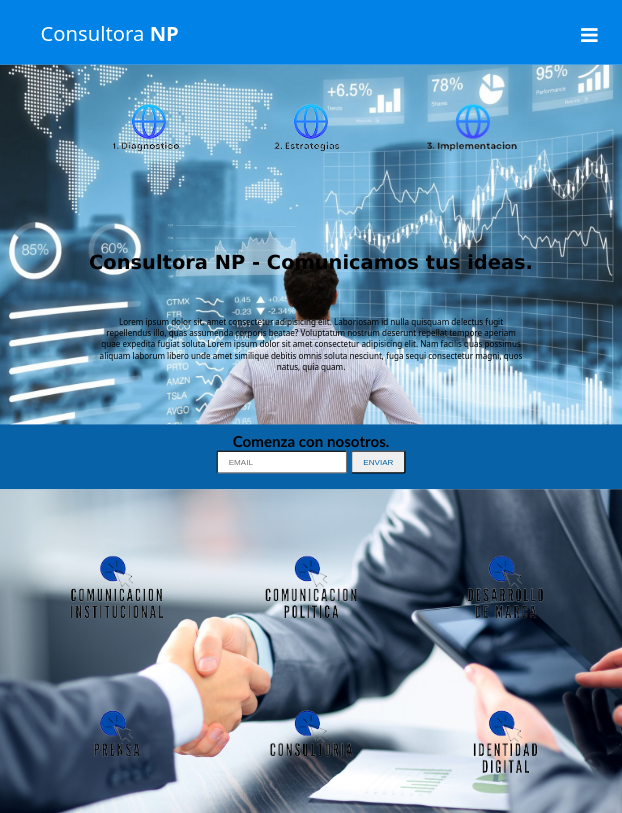
Repository: Batu120/pre-entrega2
Page: index.html
The author's editor kept a copy of each file at every save. The page is drawn from the files as they stood at one save, then again after the next save.
The browser window is 768 px wide. The pictures show the whole page, at 81% of full size.

Above is the page before, as saved 2022-11-02 14:17:57.

### index.html
<!DOCTYPE html>
<html lang="en" dir="ltr">
<head>
    <meta charset="UTF-8">
    <meta http-equiv="X-UA-Compatible" content="IE=edge">
    <meta name="viewport" content="width=device-width, initial-scale=1.0">
    <title>2da Pre Entrega</title>
    <link rel="stylesheet" href="https://cdnjs.cloudflare.com/ajax/libs/font-awesome/4.7.0/css/font-awesome.min.css">
    <!-- CSS -->
    <link rel="stylesheet" href="CSS/style.css">

</head>
<body>
    <nav>
        <input type="checkbox" id="check">
        <label for="check" class="checkbtn">
            <i style="font-size:24px" class="fa">&#xf0c9;</i>
        </label>
        <label class="logo">Consultora <label class="logo1">NP</label></label>
            <!-- Lista no ordenada -->
            <ul>
                <!-- Items / Menu -->
                <li><a class="active" href="index.html">Inicio</a></li>
                <li><a href="HTML/SobreNosotros.html">Sobre Nosotros</a></li>
                <li><a href="HTML/Servicios.html">Servicios</a></li>
                <li><a href="HTML/Blog.html">Blog</a></li>
                <li><a href="HTML/Contacto.html">Contacto</a></li>
            </ul>
    </nav>

    <section>
        <div class="grid-container">
            <img src="/IMG/1.Diagnostico.png" alt="diagnostico">
            <img src="/IMG/2.Estrategia.png" alt="estrategia">
            <img src="/IMG/3.Implementacion.png" alt="implementacion">
        </div>
        <div class="container-div">
            <!-- titulo h1 -->
            <h1>Consultora NP - Comunicamos tus ideas.</h1>
            <br>
            <!-- Parrafo -->
            <p>Lorem ipsum dolor sit, amet consectetur adipisicing elit. Laboriosam id nulla quisquam delectus fugit repellendus illo, quas assumenda corporis beatae? Voluptatum nostrum deserunt repellat tempore aperiam quae expedita fugiat soluta Lorem ipsum dolor sit amet consectetur adipisicing elit. Nam facilis quas possimus aliquam laborum libero unde amet similique debitis omnis soluta nesciunt, fuga sequi consectetur magni, quos natus, quia quam.</p>
            <br><br>
        </div>

        <div class="container-form">
            <h3>Comenza con nosotros.</h3>
            <form class= "form-news" action="#" method="post" enctype>
                <input type="text" name="email" placeholder="Email">
                <input type="button" type="submit" value="enviar">
            </form>
        </div>
    </section>
    <section class="wallpaper">
        <div class="grid-container2">
            <div class="Com-1"><a href=""><img src="IMG/1com-inst.png" alt="pic1"></a></div>
            <div class="Com-2"><a href=""><img src="IMG/2com-polit.png" alt="pic2"></a></div>
            <div class="Com-3"><a href=""><img src="IMG/3des-marca.png" alt="pic3"></a></div>
            <div class="Com-4"><a href=""><img src="IMG/4prensa.png" alt="pic4"></a></div>
            <div class="Com-5"><a href=""><img src="IMG/5cons.png" alt="pic5"></a></div>
            <div class="Com-6"><a href=""><img src="IMG/3iden-dig.png" alt="pic6"></a></div>
        </div>
    </section>


</body>
</html>

### CSS/style.css
body {
    /* background: url(/IMG/background_body.jpeg);
    background-repeat: no-repeat;
    background-size: cover;
    background-position-x: center;
    background-position-y: center;
    background-position: center;
    height: auto;
    width: auto; */
    font-family:'Gill Sans', 'Gill Sans MT', Calibri, 'Trebuchet MS', sans-serif;
}
section{
    background: url(/IMG/background_body.jpeg);
    background-repeat: no-repeat;
    background-size: cover;
    background-position-x: center;
    background-position-y: center;
    background-position: center;
    height: auto;
    width: auto;
}

/* NAV BAR - LINKS- RESPONSIVE */
* {
    padding: 0;
    margin: 0;
    text-decoration: none;
    list-style: none;
    box-sizing: border-box;
}
nav {
    background: #0082e6;
    height: 80px;
    width: 100%;
}
/*  */
.logo{
    color: white;
    font-size: 25px;
    line-height: 80px;
    padding: 20px;
    font-weight:lighter;
    font-family:system-ui, -apple-system, BlinkMacSystemFont, 'Segoe UI', Roboto, Oxygen, Ubuntu, Cantarell, 'Open Sans', 'Helvetica Neue', sans-serif;
}
.logo1{
    color: white;
    font-weight: bold;
}
nav ul{
    float: right;
    margin-right: 20px;
    padding-top: 0%;
}
nav ul li{
    display: inline-block;
    line-height: 80px;
    margin: 0 5px;
}
nav ul li a{
    color: white;
    font-size: 10px;
    padding: 7px 13px;
    border-radius: 3px;
    text-transform: uppercase;

}
a.active,a:hover{
    background: #1b9bff;
    transition: .5s;
}
.checkbtn{
    font-size: 30px;
    color: white;
    float: right;
    line-height: 80px;
    margin-right: 30px;
    cursor: pointer;
    display: none;
}
#check{
    display: none;
}
/* PREUBA RESPONSIVE TEST */
@media (max-width: 853px){
    label.logo {
        font-size: 25px;
        padding-left: 50px;
    }
    nav ul li a{
        font-size: 18px;
    }
}
@media (max-width: 853px){
    .checkbtn{
        display:inline-block;
    }
    ul{
        position: fixed;
        width: 100%;
        height: 100vh;
        background: #2c3e50;
        top: 80px;
        left: -100%;
        text-align: center;
        transition: all .5s;
    }
    nav ul li{
        display: block;
        margin: 50px 0;
        line-height: 30px;
    }
    nav ul li a {
        font-size: 20px;
    }
        a:hover,a.active{
        background:none;
        color: #0082e6;
        }
        #check:checked ~ ul{
        left: 0;
        }
    }

    /* IMG PICTURES page front */
    .grid-container {
        display: grid;
        grid-template-columns: auto auto auto;
        justify-content: center;
    }
    .container-div{
        display: flex;
        flex-direction: column;
        text-align: center;
        margin-top: 20px;
        font-family: system-ui, -apple-system, BlinkMacSystemFont, 'Segoe UI', Roboto, Oxygen, Ubuntu, Cantarell, 'Open Sans', 'Helvetica Neue', sans-serif;
    }
    /* TITLE TEXT */
    h1{
        font-weight: bolder;
        font-family: Verdana, Geneva, Tahoma, sans-serif;
        display: inline-block;
        padding: 10px;
    }
    /* TEXT */
    p{
        margin: 20px;
        padding-left: 100px;
        padding-right: 100px;
        font-size: 10px;

    }
    /* NEWS FORM */
    .container-form{
        text-align: center;
        font-size: medium;
        background: #0862a7;
        height: 80px;
        width: 100%;
        padding: 10px;
    }
    input{
        color: #0862a7;
        font-size: 10px;
        padding: 7px 13px;
        border-radius: 3px;
        text-transform: uppercase;
    }
    .wallpaper {
        background-image: url(/IMG/consultoria_img.jpeg);
        background-repeat: no-repeat;
        background-size: cover;
        background-position: center;
        background-position-x: center;
        background-position-y: center;
        height: 400px;
    }
    .grid-container2 {
        display: grid;
        grid-template-columns: 1fr 1fr 1fr;
        grid-template-rows: 1fr 1fr;
        justify-content: center;
        gap: 12px 12px;
        padding-top: 30px;
        margin-left: 30px;
        margin-right: 30px;
        height: 400px;
        grid-template-areas:
            "Com-1 Com-2 Com-3"
            "Com-4 Com-5 Com-6";
    }
    .Com-1 {
        justify-self: center;
        align-self: center;
        grid-area: Com-1;
    }
    .Com-2 {
        justify-self: center;
        align-self: center;
        grid-area: Com-2;
    }
    .Com-3 {
        justify-self: center;
        align-self: center;
        grid-area: Com-3;
    }
    .Com-4 {
        justify-self: center;
        align-self: center;
        grid-area: Com-4;
    }
    .Com-5 {
        justify-self: center;
        align-self: center;
        grid-area: Com-5;
    }
    .Com-6 {
        justify-self: center;
        align-self: center;
        grid-area: Com-6;
    }
    @media screen (max-width:468px ){
        .grid-container2 {
            grid-template-areas:
            "Com-1"
            "Com-2"
            "Com-3"
            "Com-4"
            "Com-5"
            "Com-6";
        }
    }

After the next save:
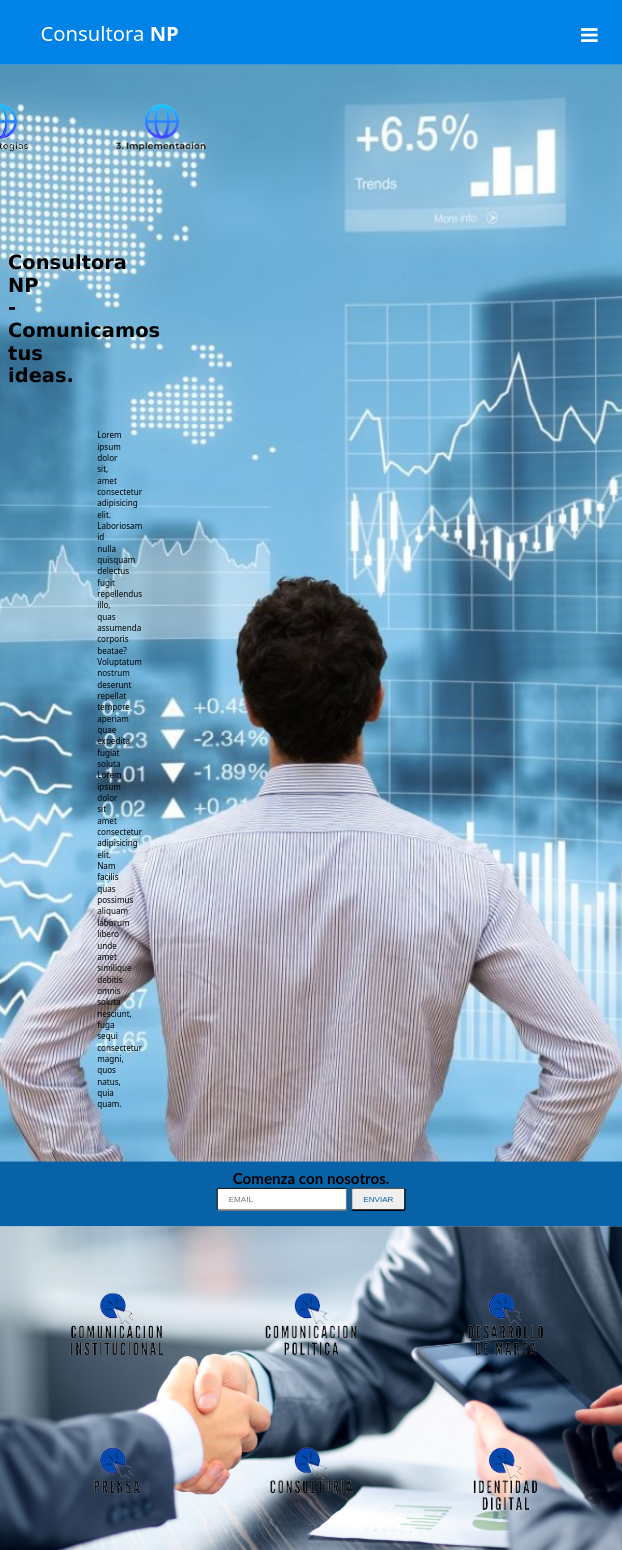
Saved 24 s later.
--- a/CSS/style.css
+++ b/CSS/style.css
@@ -95,7 +95,7 @@
         display:inline-block;
     }
     ul{
-        position: fixed;
+        position:relative;
         width: 100%;
         height: 100vh;
         background: #2c3e50;

After the save that followed:
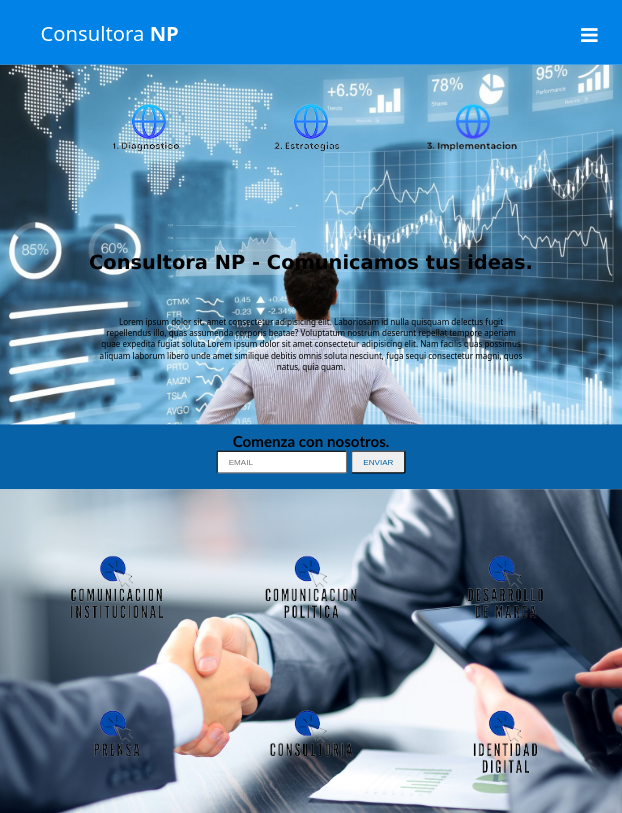
Saved 6 s later.
--- a/CSS/style.css
+++ b/CSS/style.css
@@ -95,7 +95,7 @@
         display:inline-block;
     }
     ul{
-        position:relative;
+        position:absolute;
         width: 100%;
         height: 100vh;
         background: #2c3e50;
